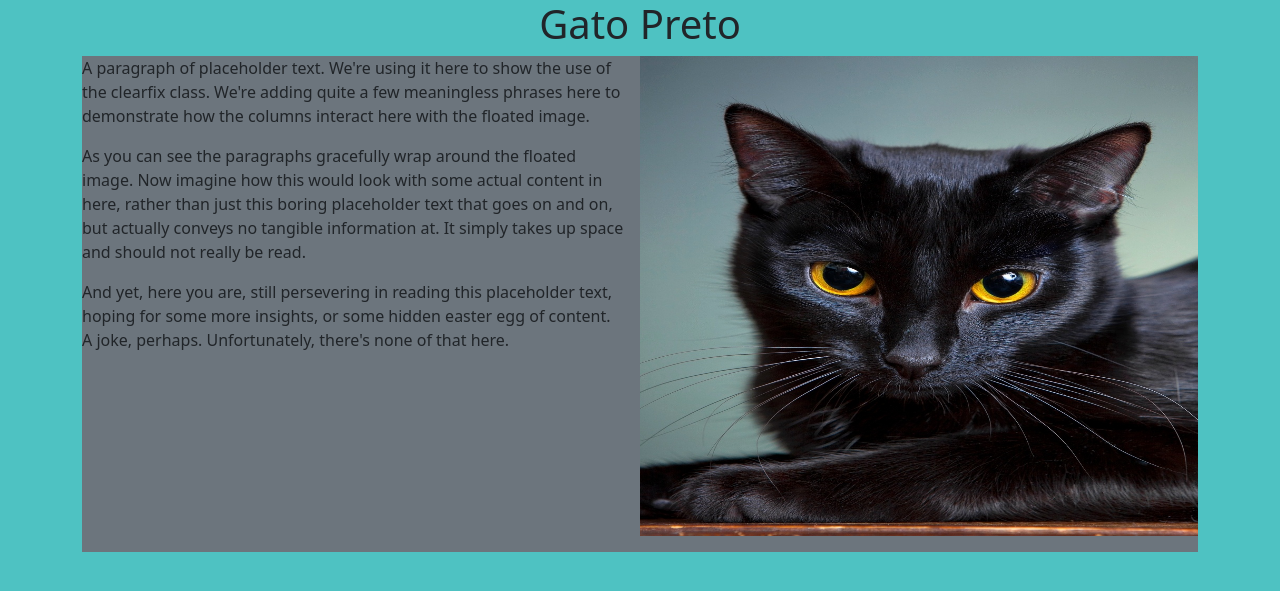
Repository: SktYzu/gatitu
Page: index.html
These files come from the project's save history. The page is drawn as it stood at one moment and after a run of saves; the edit follows.
The browser window is 1280 px wide. The pictures show the whole page.

Above is the page before, as saved 2023-11-27 15:12:44.

### index.html
<!DOCTYPE html>
<html lang="pt-BR">

<head>
    <meta charset="UTF-8">
    <meta name="viewport" content="width=device-width, initial-scale=1.0">
    <link rel="stylesheet" href="https://cdn.jsdelivr.net/npm/bootstrap@5.3.2/dist/css/bootstrap.min.css">
    <script src="https://cdn.jsdelivr.net/npm/bootstrap@5.3.2/dist/js/bootstrap.bundle.min.js"
        integrity="sha384-C6RzsynM9kWDrMNeT87bh95OGNyZPhcTNXj1NW7RuBCsyN/o0jlpcV8Qyq46cDfL"
        crossorigin="anonymous"></script>
    <title>Teste</title>
    <style>
        body {
            background-image: url('cat.jpg');
            background-size: cover;
        }
    </style>
</head>

<body>

    <h1 class="container text-center">Gato Preto</h1>
    <div class="container">

        <div class="clearfix bg-secondary" >
            <img src="preto.jpg" class="col-md-6 float-md-end mb-3 ms-md-3" alt="..." height="480px">

            <p class="text-body-light">
                A paragraph of placeholder text. We're using it here to show the use of the clearfix class. We're adding
                quite a few meaningless phrases here to demonstrate how the columns interact here with the floated
                image.
            </p>

            <p>
                As you can see the paragraphs gracefully wrap around the floated image. Now imagine how this would look
                with
                some actual content in here, rather than just this boring placeholder text that goes on and on, but
                actually
                conveys no tangible information at. It simply takes up space and should not really be read.
            </p>

            <p>
                And yet, here you are, still persevering in reading this placeholder text, hoping for some more
                insights, or
                some hidden easter egg of content. A joke, perhaps. Unfortunately, there's none of that here.
            </p>
        </div>
    </div>


</body>

</html>

After the next 2 saves:
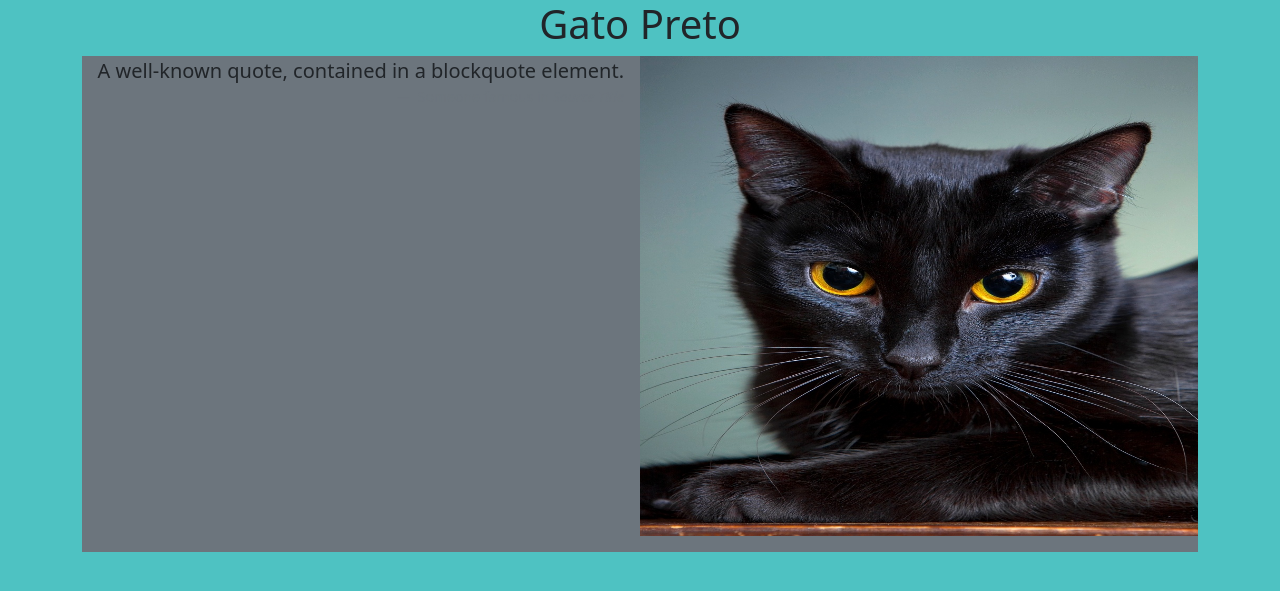
The 2 saves are shown as one change because they came seconds apart.
The last was saved 56 s later.
--- a/index.html
+++ b/index.html
@@ -22,28 +22,17 @@
     <h1 class="container text-center">Gato Preto</h1>
     <div class="container">
 
-        <div class="clearfix bg-secondary" >
+        <div class="clearfix bg-secondary">
             <img src="preto.jpg" class="col-md-6 float-md-end mb-3 ms-md-3" alt="..." height="480px">
 
-            <p class="text-body-light">
-                A paragraph of placeholder text. We're using it here to show the use of the clearfix class. We're adding
-                quite a few meaningless phrases here to demonstrate how the columns interact here with the floated
-                image.
-            </p>
-
-            <p>
-                As you can see the paragraphs gracefully wrap around the floated image. Now imagine how this would look
-                with
-                some actual content in here, rather than just this boring placeholder text that goes on and on, but
-                actually
-                conveys no tangible information at. It simply takes up space and should not really be read.
-            </p>
-
-            <p>
-                And yet, here you are, still persevering in reading this placeholder text, hoping for some more
-                insights, or
-                some hidden easter egg of content. A joke, perhaps. Unfortunately, there's none of that here.
-            </p>
+            <figure class="text-end">
+                <blockquote class="blockquote">
+                    <p>A well-known quote, contained in a blockquote element.</p>
+                </blockquote>
+                <figcaption class="blockquote-footer">
+                    Someone famous in <cite title="Source Title">Source Title</cite>
+                </figcaption>
+            </figure>
         </div>
     </div>
 
